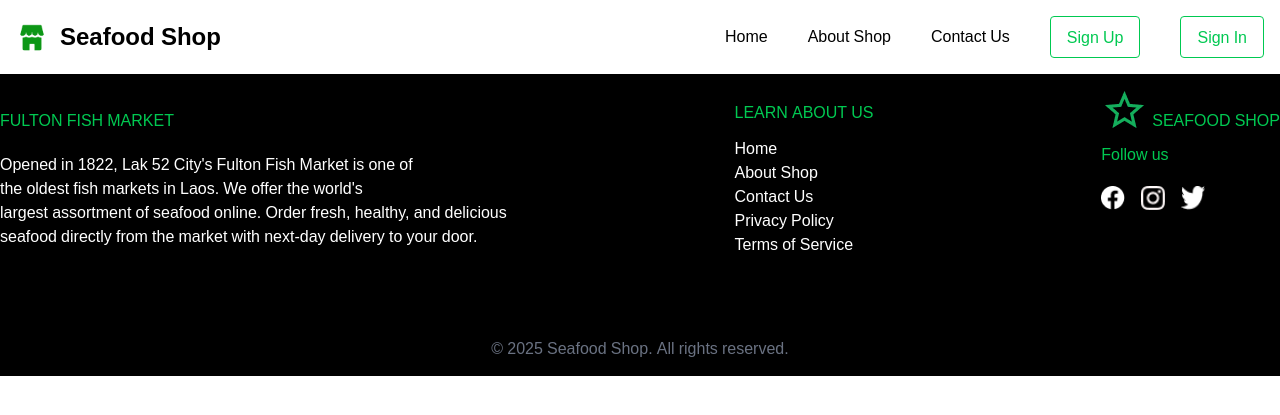
Repository: KongRucifer/SeaFood-Shop
Page: /
The author's editor kept a copy of each file at every save. The page is drawn from the files as they stood at one save, then again after a run of saves.
The browser window is 1280 px wide. The pictures show the whole page.
The project was rebuilt for these pictures with package versions that can differ from the ones it lists, and the page was loaded fresh each time. The framework's server and built-in components were replaced by stand-ins that run in the browser. Also part of the build but not shown: next.config.ts.

Above is the page before, as saved 2025-06-25 20:57:10.

### src/app/layout.tsx
import type { Metadata } from "next";
import { Geist, Geist_Mono } from "next/font/google";
import "./globals.css";
import Navbar from "@/app/components/Navbar";
import Footer from "@/app/components/Footer";
import { Noto_Sans_Lao } from 'next/font/google';
 const geistSans = Geist({
  variable: "--font-geist-sans",
  subsets: ["latin"],
});

const geistMono = Geist_Mono({
  variable: "--font-geist-mono",
  subsets: ["latin"],
});
const notoSansLao = Noto_Sans_Lao({
  subsets: ['lao'],
  weight: ['400', '700'],
  variable: '--font-noto-sans-lao',
  display: 'swap',
});
export const metadata: Metadata = {
  title: "ຮ້ານຂາຍອາຫານທະເລ - ໜ້າທຳອິດ | Seafood Shop",
  icons: {
    icon: "/images/logoShop.png", // You can also use other formats like PNG
  },
  description:
    "ຮ້ານຂາຍອາຫານທະເລອອນໄລ ໜ້າທຳອິດ ລວມອາຫານທະເລຫຼາກຫຼາຍ ເຊັ່ນ ປາ, ປູ, ກຸ້ງ ແລະ ອາຫານທະເລອື່ນໆ ສາມາດສັ່ງຊື້ໃນເວັບໄຊໄດ້ ມີບໍລິການສົ່ງໄປເຖີງທີ່ ສາມາດເຮັດ ການໂອນເງິນ ທີ່ເວັບໄຊທ໌ຂອງພວກເຮົາ",
  keywords:
    "ອາຫານທະເລ ອອນໄລ, ຮ້ານຂາຍອາຫານທະເລ, ສັ່ງອາຫານທະເລ, ອາຫານທະເລສົ່ງໄວທັນໃຈ",
  authors: [{ name: "kong mong thao" }],
  publisher: "Super Shop SeaFood",
  robots: {
    index: true,
    follow: true,
  },
  openGraph: {
    title: "ຮ້ານຂາຍອາຫານທະເລ - ໜ້າທຳອິດ | Seafood Shop",
    description:
      "ສັ່ງຊື້ອາຫານທະເລ ລາຄາຖືກ ສົ່ງໄວ ທັນໃຈ ສາມາດໂອນເງີນ ປາຍທາງໄດ້",
    url: "http://localhost:3000/images/fish.jpeg",
    siteName: "Seafood Shop",
    locale: "th_TH",
    type: "website",
    images: [
      {
        url: "http://localhost:3000/images/myshopSeafood.jpeg",
        width: 1200,
        height: 630,
        alt: "Food Shop Image",
      },
    ],
  },
  twitter: {
    card: "summary_large_image",
    title: "ຮ້ານຂາຍອາຫານທະເລ - ໜ້າທຳອິດ | Seafood Shop",
    description:
      "ສັ່ງຊື້ອາຫານທະເລ ລາຄາຖືກ ສົ່ງໄວ ທັນໃຈ ມີບໍລິການໂອນເງີນ ປາຍທາງ",
    images: ["http://localhost:3000/images/seafood2.jpeg"],
  },
  alternates: {
    canonical: "https://yourdomain.com/",
  },

}
export const viewport = {
  width: 'device-width',
  initialScale: 1,
};
export default function RootLayout({
  children,
}: Readonly<{
  children: React.ReactNode;
}>) {
  return (
    <html lang="lo" className={notoSansLao.variable}>
      <body
        className={`${geistSans.variable} ${geistMono.variable} antialiased`}
      >
        <Navbar />
        {children}
        <Footer />
      </body>
    </html>
  );
}

### src/app/page.tsx
// ✅ app/page.tsx
import React from 'react'


export default async function FoodPage() {

  return (
    <div>hi</div>
  )
}

### src/app/globals.css
 @import "tailwindcss";
 body {
  font-family: var(--font-noto-sans-lao), sans-serif;
}
@keyframes upDown {
  0% {
    transform: translateY(0);
  }
  50% {
    transform: translateY(-10px);
  }
  100% {
    transform: translateY(0);
  }
}

.hover-updown:hover {
  animation: upDown 1s ease-in-out infinite;
}

### src/app/components/Navbar.tsx
import Link from "next/link";

export default async function Navbar() {
  return (
    <nav className="bg-white border-gray-200 dark:bg-gray-900 shadow-md fixed top-0 left-0 z-50 w-full">
      <div className="container mx-auto">
        <div className=" flex flex-wrap items-center justify-between  p-4">
          <div className="flex items-center">
            <img
              src="/images/lets-icons_shop.png"
              className="h-8 mr-3"
              alt="Seafood Shop Logo"
            />
            <span className="self-center text-2xl font-semibold whitespace-nowrap dark:text-white">
              Seafood Shop
            </span>
          </div>
          <div className="flex justify-center items-center md:order-2 gap-10">
            <Link
              href="/"
              className="-pb-1 border-b-2 border-transparent hover:border-green-500 transition"
            >
              Home
            </Link>
            <Link
              href="/"
              className="-pb-1 border-b-2 border-transparent hover:border-green-500 transition"
            >
              About Shop
            </Link>
            <Link
              href="/"
              className="-pb-1 border-b-2 border-transparent hover:border-green-500 transition"
            >
              Contact Us
            </Link>
            <Link
              href="/"
              className="border border-green-500 text-green-500 px-4 py-2 rounded hover:bg-green-50 transition"
            >
              Sign Up
            </Link>
            <Link
              href="/"
              className="border border-green-500 text-green-500 px-4 py-2 rounded hover:bg-green-50 transition"
            >
              Sign In
            </Link>
          </div>
        </div>
      </div>
    </nav>
  );
}

### src/app/components/Footer.tsx
export default async function Footer() {
  return (
    <footer className="bg-black dark:bg-gray-900">
      <div className="max-w-screen-xl mx-auto container pt-4 pb-4 sm:items-center">
        <div>
          <div className="flex flex-col  md:flex-row justify-between  items-start md:items-center space-y-4 md:space-y-0 md:space-x-8 text-white mb-20 mt-15">
            <div>
              <h3 className="mb-5 text-green-500">FULTON FISH MARKET</h3>
              <div>
                <p className="text-md">
                  Opened in 1822, Lak 52 City's Fulton Fish Market is one of{" "}
                </p>
                <p className="text-md">
                  the oldest fish markets in Laos. We offer the world&apos;s
                </p>
                <p className="text-md">
                  largest assortment of seafood online. Order fresh, healthy,
                  and delicious
                </p>
                <p className="text-md">
                  {" "}
                  seafood directly from the market with next-day delivery to
                  your door.
                </p>
              </div>
            </div>
            <div>
              <h3 className="mb-3 text-green-500 ">LEARN ABOUT US</h3>
              <div>
                <ul>
                  <li className="cursor-pointer hover:text-gray-300 transition">
                    Home
                  </li>
                  <li className="cursor-pointer hover:text-gray-300 transition">
                    About Shop
                  </li>
                  <li className="cursor-pointer hover:text-gray-300 transition">
                    Contact Us
                  </li>
                  <li className="cursor-pointer hover:text-gray-300 transition">
                    Privacy Policy
                  </li>
                  <li className="cursor-pointer hover:text-gray-300 transition">
                    Terms of Service
                  </li>
                </ul>
              </div>
            </div>
            <div className="xl:-mt-10 lg:-mt-10 sm:mt-10 md:-mt-13    ">
              <div className="mb-2 text-green-500 flex items-center gap-1">
                <img
                  src="/images/star.png"
                  alt="no image star"
                  className="-mt-5"
                />
                <h3>SEAFOOD SHOP</h3>
              </div>
              <div>
                <h3 className="mb-5 text-green-500 items-center">Follow us</h3>
                <ul className="flex space-x-4 content-center">
                  <li>
                    <a
                      href="https://www.facebook.com"
                      target="_blank"
                      rel="noopener noreferrer"
                    >
                      <img
                        src="/images/facebook.png"
                        alt="Facebook"
                        className="w-6 h-6"
                      />
                    </a>
                  </li>
                  <li>
                    <a
                      href="https://www.instagram.com"
                      target="_blank"
                      rel="noopener noreferrer"
                    >
                      <img
                        src="/images/instagram.png"
                        alt="Instagram"
                        className="w-6 h-6"
                      />
                    </a>
                  </li>
                  <li>
                    <a
                      href="https://www.twitter.com"
                      target="_blank"
                      rel="noopener noreferrer"
                    >
                      <img
                        src="/images/twitter.png"
                        alt="Twitter"
                        className="w-6 h-6"
                      />
                    </a>
                  </li>
                </ul>
              </div>
            </div>
          </div>
          <div className="text-center text-gray-500 dark:text-gray-400">
            © {new Date().getFullYear()} Seafood Shop. All rights reserved.
          </div>
        </div>
      </div>
    </footer>
  );
}

After the next 3 saves:
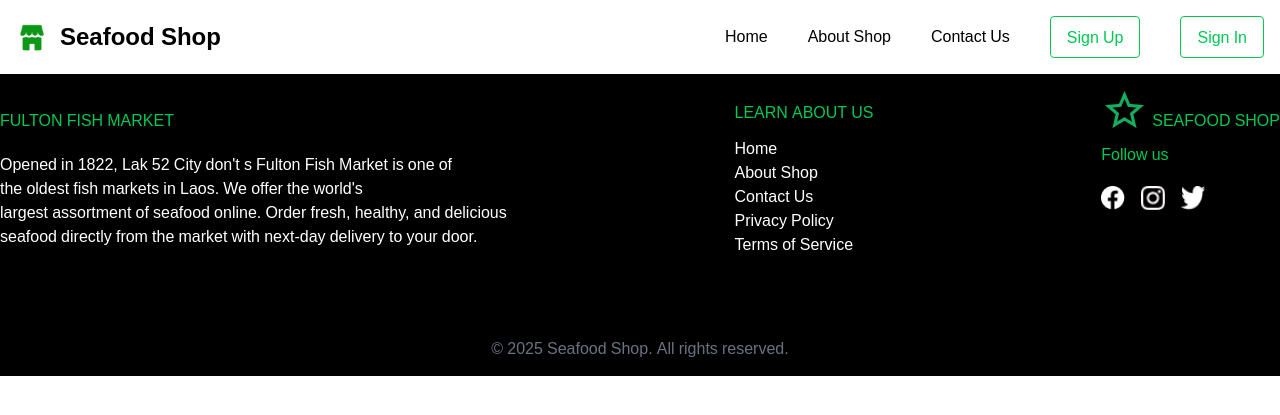
The 3 saves are shown as one change because they came seconds apart.
The last was saved 49 min 3 s later.
--- a/src/app/components/Footer.tsx
+++ b/src/app/components/Footer.tsx
@@ -8,7 +8,7 @@ export default async function Footer() {
               <h3 className="mb-5 text-green-500">FULTON FISH MARKET</h3>
               <div>
                 <p className="text-md">
-                  Opened in 1822, Lak 52 City's Fulton Fish Market is one of{" "}
+                  Opened in 1822, Lak 52 City don&apos;t s Fulton Fish Market is one of{" "}
                 </p>
                 <p className="text-md">
                   the oldest fish markets in Laos. We offer the world&apos;s
